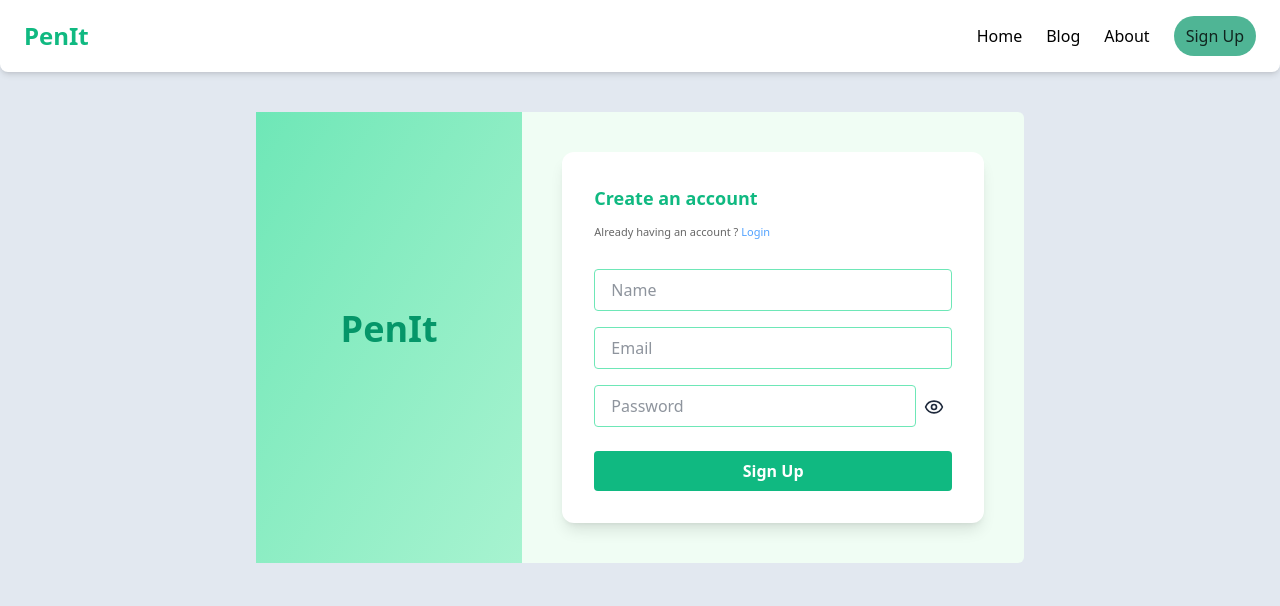
Repository: Mounika-chukkala/PenIt
Page: /signup (app in frontend/)
The author's editor kept a copy of each file at every save. The page is drawn from the files as they stood at one save, then again after the next save.
The browser window is 1280 px wide. The pictures show the whole page.
The project was rebuilt for these pictures with package versions that can differ from the ones it lists, and the page was loaded fresh each time. Also part of the build but not shown: frontend/vite.config.js, frontend/src/Pages/Signin.jsx, frontend/src/components/CreateBlog.jsx, frontend/src/Pages/AddBlog.jsx.

Above is the page before, as saved 2025-05-23 14:14:35.

### frontend/src/main.jsx
import { StrictMode } from 'react'
import { createRoot } from 'react-dom/client'
import './index.css'
import { Toaster } from 'react-hot-toast'
// import {BrowserRouter} from "react-router-dom"
import { BrowserRouter } from 'react-router-dom'
import App from './App.jsx'

createRoot(document.getElementById('root')).render(
  <StrictMode>
    <BrowserRouter>
    {/* <Toaster> */}

    <App />
    {/* </Toaster> */}
    </BrowserRouter>
  </StrictMode>,
)

### frontend/src/index.css
@import "tailwindcss";




/* :root {
  font-family: system-ui, Avenir, Helvetica, Arial, sans-serif;
  line-height: 1.5;
   font-weight: 400;

  color-scheme: light dark;
  color: rgba(255, 255, 255, 0.87);
  background-color: #242424;

  font-synthesis: none;
  text-rendering: optimizeLegibility;
  -webkit-font-smoothing: antialiased;
  -moz-osx-font-smoothing: grayscale;
}

a {
  font-weight: 500;
  color: #646cff;
  text-decoration: inherit;
}
a:hover {
  color: #535bf2;
}

body {
  margin: 0;
  display: flex;
  place-items: center;
  min-width: 320px;
  min-height: 100vh;
}

h1 {
  font-size: 3.2em;
  line-height: 1.1;
}

button {
  border-radius: 8px;
  border: 1px solid transparent;
  padding: 0.6em 1.2em;
  font-size: 1em;
  font-weight: 500;
  font-family: inherit;
  background-color: #1a1a1a;
  cursor: pointer;
  transition: border-color 0.25s;
}
button:hover {
  border-color: #646cff;
}
button:focus,
button:focus-visible {
  outline: 4px auto -webkit-focus-ring-color;
}

@media (prefers-color-scheme: light) {
  :root {
    color: #213547;
    background-color: #ffffff;
  }
  a:hover {
    color: #747bff;
  }
  button {
    background-color: #f9f9f9;
  }
} */

### frontend/src/App.jsx
import { useState } from 'react'
import { Route, Routes } from 'react-router-dom'
// import './App.css'
import Signin from './Pages/Signin'
import Signup from './Pages/Signup'
import Navbar from './components/Navbar'
// import Layout from "./Pages/Layout"
import CreateBlog from './components/CreateBlog'
import AddBlog from './Pages/AddBlog'
function App() {

  return (
    <div className="bg-slate-200 w-screen h-screen ">

  <Routes>
    <Route path="/" element={<Navbar/>}>
        <Route path="/signin" element={<Signin/>}></Route>
    <Route path="/signup" element={<Signup/>}></Route>
    <Route path="/create-blog" element={<CreateBlog/>}></Route>
        <Route path="/add-blog" element={<AddBlog/>}></Route>

    {/* <Route path="/search-blog" element={}></Route> */}
    {/* <Route path="*" element={}></Route> */}
    </Route>

  </Routes>
      </div>

  )
}

export default App

### frontend/src/Pages/Signup.jsx
import { useState } from "react";
import { Eye,EyeOff } from "lucide-react";
import toast from "react-hot-toast";
import { Link } from "react-router-dom";
function Signup() {
  const [userData, setUserData] = useState({
    name: "",
    email: "",
    password: "",
  });
const [isVisible,setVisible]=useState(false)
  async function handleRegister() {
    console.log("hello")
    let data = await fetch("http://localhost:3000/api/v1/signup", {
      method: "POST",
      body: JSON.stringify(userData),
      headers: {
        "Content-Type": "application/json",
      },
    });

    let res = await data.json();
    console.log(res)
alert(res.message)
    if(!res.success){
        toast.error(res.message);

    }
    else{
        toast.success(res.message);
        localStorage.setItem("User",JSON.stringify(res.user));
    }
  }

  return (
        <div className="max-h-screen max-w-[90%] md:max-w-[60%] rounded-md m-auto mt-10 flex bg-[#F0FDF4] text-[#1E293B]">
      {/* Left side visual placeholder */}
      <div className="hidden sm:flex w-1/2  flex flex-col justify-center items-center p-10 bg-gradient-to-br from-[#6EE7B7] to-[#A7F3D0]">
        <h1 className=" text-4xl font-bold text-[#059669] mb-4">PenIt</h1>
        {/* <p className="text-xl text-[#1E293B] text-center">
          Express your thoughts with style.<br /> A clean and calm blogging space.
        </p> */}
      </div>

      {/* Right side sign up form */}
      <div className=" w-full md-w-1/2 flex justify-center items-center p-10">
        <div className="bg-white p-8 rounded-xl shadow-lg w-full max-w-md">
          <h2 className="text-lg md-text-2xl font-bold mb-3 text-[#10B981]">Create an account</h2>

<p className="text-[11px] md-text-[12px] text-black/60 mb-3">Already having an account ? <Link to="/login"><span className="text-blue-400">Login</span></Link></p>
         <form className="">
          <input
            className="w-full my-4 px-4 py-2 border border-[#6EE7B7] rounded focus:outline-none focus:ring-2 focus:ring-[#10B981]"
            type="text"
            placeholder="Name"
            onChange={(e) => setUserData({ ...userData, name: e.target.value })}
          />
          <input
            className="w-full mb-4 px-4 py-2 border border-[#6EE7B7] rounded focus:outline-none focus:ring-2 focus:ring-[#10B981]"
            type="email"
            placeholder="Email"
            onChange={(e) => setUserData({ ...userData, email: e.target.value })}
          />
          {/* <input
            className="w-full mb-6 px-4 py-2 border border-[#6EE7B7] rounded focus:outline-none focus:ring-2 focus:ring-[#10B981]"
            type="password"
            placeholder="Password"
            onChange={(e) => setUserData({ ...userData, password: e.target.value })}
          /> */}

                            <div className="w-full flex gap-2">
                       <input
                        className="w-[90%] mb-6 px-4 py-2 border border-[#6EE7B7] rounded focus:outline-none focus:ring-2 focus:ring-[#10B981]"
                        type={isVisible?"text":"password" }
                        placeholder="Password"
                        onChange={(e) => setUserData({ ...userData, password: e.target.value })}
                      />
                       <div  className="pt-3" onClick={()=>setVisible(!isVisible)}>
             {isVisible ? <EyeOff size={20} /> : <Eye size={20} />}
                       </div>
                       </div>
          <button
            onClick={handleRegister}
            className="w-full bg-[#10B981] hover:bg-[#059669] text-white py-2 rounded font-semibold transition duration-200"
          >
            Sign Up
          </button>
          </form>
        </div>
      </div>
    </div>

  );
}

export default Signup;

### frontend/src/components/Navbar.jsx
import React, { useEffect, useState } from "react";
import { Link } from "react-router-dom";
import { Outlet } from "react-router-dom";
export default function Navbar() {
  const [isLogged, setLogged] = useState(false);
  const item = localStorage.getItem("User");
  useEffect(()=>{
  if (item!=null) {
    setLogged(true);
  }
},isLogged)
  return (
    <>
    <nav className="bg-white shadow-md px-6 py-4 flex justify-between items-center rounded-b-lg">
      <h1 className="text-2xl font-bold text-[#10B981]">PenIt</h1>
      <ul className="flex space-x-6 font-medium">
        <li className="hover:text-[#059669] pt-2 cursor-pointer">Home</li>
        <li className="hover:text-[#059669] pt-2 cursor-pointer">Blog</li>
        <li className="hover:text-[#059669] pt-2 cursor-pointer">About</li>
        <Link to="/signup">
        <li className="bg-[#059669]/70 rounded-3xl px-3 py-2 text-black/80 transform hover:scale-120 transition duration-300 ease-in-out  hover:text-white cursor-pointer">
{/* {isLogged?"Log out":"Sign up"} */}
    Sign Up
          </li>
        </Link>
      </ul>
    </nav>
    <Outlet/>
        </>

  );
}

Loaded but not shown: frontend/index.html (common file)

After the next save:
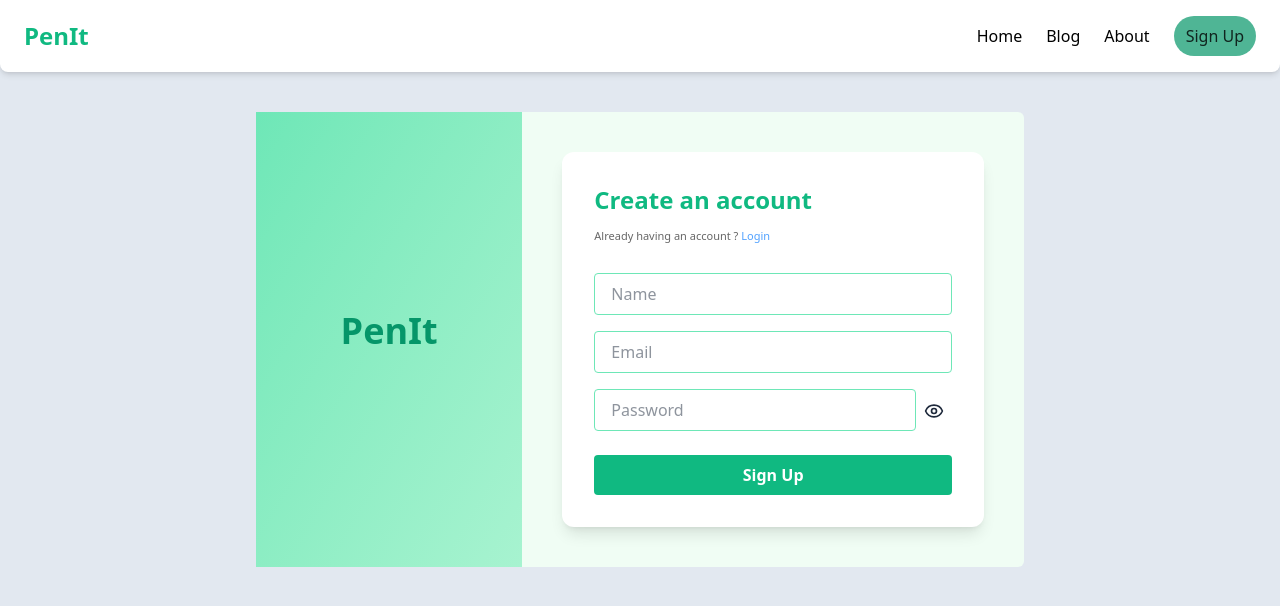
Saved 40 s later.
--- a/frontend/src/Pages/Signup.jsx
+++ b/frontend/src/Pages/Signup.jsx
@@ -45,7 +45,7 @@ alert(res.message)
       {/* Right side sign up form */}
       <div className=" w-full md-w-1/2 flex justify-center items-center p-10">
         <div className="bg-white p-8 rounded-xl shadow-lg w-full max-w-md">
-          <h2 className="text-lg md-text-2xl font-bold mb-3 text-[#10B981]">Create an account</h2>
+          <h2 className="text-lg md:text-2xl font-bold mb-3 text-[#10B981]">Create an account</h2>
 
 <p className="text-[11px] md-text-[12px] text-black/60 mb-3">Already having an account ? <Link to="/login"><span className="text-blue-400">Login</span></Link></p>
          <form className="">
